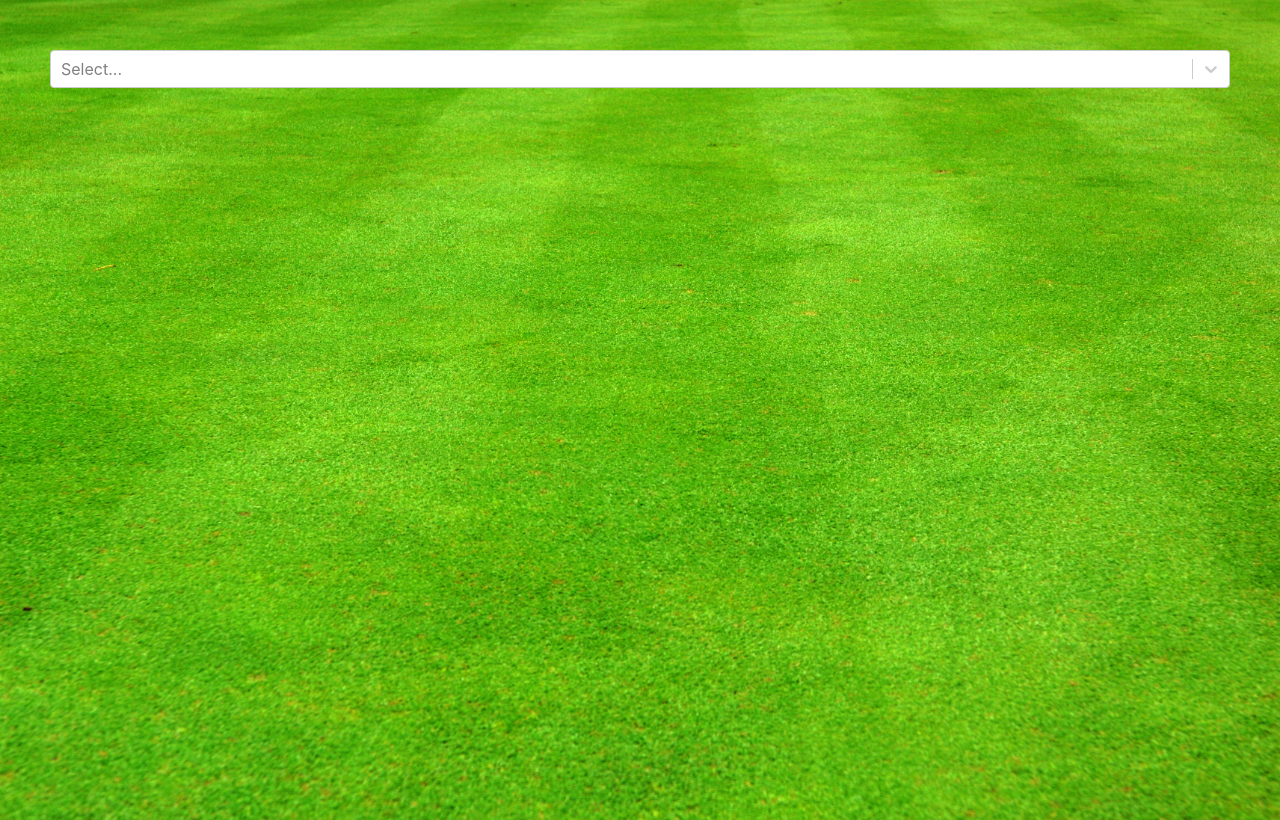
Repository: JorSargsyan/FootballApp
Page: /
These files come from the project's save history. The page is drawn as it stood at one moment and after the next save; the edit follows.
The browser window is 1280 px wide. The pictures show the whole page.
The page's requests for data from a server got no answer. The project was rebuilt for these pictures with package versions that can differ from the ones it lists, and the page was loaded fresh each time. No one was signed in, and anything a server would have sent is missing. Also part of the build but not shown: src/components/common/Table.js, src/components/TeamDetails/index.js.

Above is the page before, as saved 2019-07-13 18:00:51.

### public/index.html
<!DOCTYPE html>
<html lang="en">
  <head>
    <meta charset="utf-8" />
    <link rel="shortcut icon" href="%PUBLIC_URL%/favicon.ico" />
    <meta name="viewport" content="width=device-width, initial-scale=1" />
    <meta name="theme-color" content="#000000" />
    <!--
      manifest.json provides metadata used when your web app is installed on a
      user's mobile device or desktop. See https://developers.google.com/web/fundamentals/web-app-manifest/
    -->
    <link rel="manifest" href="%PUBLIC_URL%/manifest.json" />
    <link rel="stylesheet" href="https://fonts.googleapis.com/css?family=Roboto:300,400,500&display=swap" />
    <!--
      Notice the use of %PUBLIC_URL% in the tags above.
      It will be replaced with the URL of the `public` folder during the build.
      Only files inside the `public` folder can be referenced from the HTML.

      Unlike "/favicon.ico" or "favicon.ico", "%PUBLIC_URL%/favicon.ico" will
      work correctly both with client-side routing and a non-root public URL.
      Learn how to configure a non-root public URL by running `npm run build`.
    -->
    <title>React App</title>
  </head>
  <body>
    <noscript>You need to enable JavaScript to run this app.</noscript>
    <div id="root"></div>
    <!--
      This HTML file is a template.
      If you open it directly in the browser, you will see an empty page.

      You can add webfonts, meta tags, or analytics to this file.
      The build step will place the bundled scripts into the <body> tag.

      To begin the development, run `npm start` or `yarn start`.
      To create a production bundle, use `npm run build` or `yarn build`.
    -->
  </body>
</html>

### src/index.js
import React from 'react';
import ReactDOM from 'react-dom';
import './index.css';
import App from './App';
import { BrowserRouter } from 'react-router-dom';

ReactDOM.render(
<BrowserRouter>
        <App />
</BrowserRouter>,
 document.getElementById('root'));

### src/App.js
import React from 'react';
import './App.css';

import Container from "./components/Container"
import TeamDetails from "./components/TeamDetails"
import { Switch, Route } from 'react-router-dom'


const Main = () => (
  <main>
    <Switch>
      <Route exact path='/' component={Container}/>
      <Route path='/team/:id' component={TeamDetails}/>
    </Switch>
  </main>
)

function App() {
  return (
    <div className="App">

         <Main />
    </div>
  );
}

export default App;

### src/App.css

.App{
  padding: 50px;
  min-height: 100vh;
  background-attachment: fixed;
  background: url("assets/bg.jpg");
  background-repeat: no-repeat;
  background-size: cover;
}



.LeagueInfo{
  margin-top: 20px;
  box-shadow: 0 0 5px 2px #00000047;
  padding: 20px;
  background: #d5d5d5ad;
}

.LeagueInfo h2{
  font-size: 25px;
    color: #0a0a0ac2;
}

.LeagueInfo .img-area{
  display: flex;
  width: 300px;
  justify-content: space-between;
  align-items: center;
}

.LeagueInfo img{
  height: 60px;
  display: block;
}

.LeagueInfo img:nth-child(1){
  height: 35px;
}

.LeagueInfo img:nth-child(2){
  width: 100px;
  object-fit: contain;
  margin-left: 15px;
}

### src/components/Container/index.js
import React, { Component } from 'react'
import PropTypes from 'prop-types'
import Select from 'react-select';
import axios from 'axios';
import SimpleTable from "../common/Table"


const config = {
    headers: {
        "X-RapidAPI-Host": "api-football-v1.p.rapidapi.com",
        "X-RapidAPI-Key": "afc6347074msh5602bdc3ba130d0p170b44jsn6e420664b59f"
    }
}

export default class Container extends Component {

    static propTypes = {
        prop: PropTypes
    }

    state = {
        selectedOption: null,
        countries: [],
        league: [],
        standings:[],
    };

    handleChange = selectedOption => {
        this.setState({ selectedOption });
        axios.get(`https://api-football-v1.p.rapidapi.com/v2/leagues/country/${selectedOption.value}/${2018}`, config)
            .then(res => {
                let league = res.data.api.leagues[0];
                this.setState({ league });


                axios.get(`https://api-football-v1.p.rapidapi.com/v2/leagueTable/${league.league_id}`, config)
                .then(res => {
                    let standings = res.data.api.standings[0];
                    this.setState({ standings });
                })

            })
    };


    componentDidMount() {


        axios.get(`https://api-football-v1.p.rapidapi.com/v2/countries`, config)
            .then(res => {
                let countries = res.data.api.countries;
                countries = countries.map(i => { return { label: i.country, value: i.code } });
                this.setState({ countries });
            })
    }

    render() {
        const { selectedOption } = this.state;
        return (
            <div className="classes.root">
                <Select
                    value={selectedOption}
                    onChange={this.handleChange}
                    options={this.state.countries}
                />
                {this.state.standings.length > 0 &&
                <div className="LeagueInfo">
                    <h2>{this.state.league.country}</h2>
                    <div className='img-area'>
                        <img src={this.state.league.flag} />
                        <img src={this.state.league.logo} />
                    </div>
                    <SimpleTable
                    data={this.state.standings}
                    header={[
                        {name:"Rank",prop:"rank"},
                        {name:"Team Name",prop:"teamName"},
                        {name:"Points",prop:"points"},
                        {name:"Form",prop:"forme"},
                        {name:"Goals Difference",prop:"goalsDiff"},
                        {name:"Matches Played",prop:"matchPlayed"},
                        {name:"Win",prop:"Win"},
                        {name:"Draw",prop:"Draw"},
                        {name:"Lose",prop:"Lose"},
                        {name:"Status",prop:"status"}
                    ]}
                    ></SimpleTable>

                </div>
                 }
            </div>
        )
    }
}

Loaded but not shown: src/index.css (common file)

After the next save:
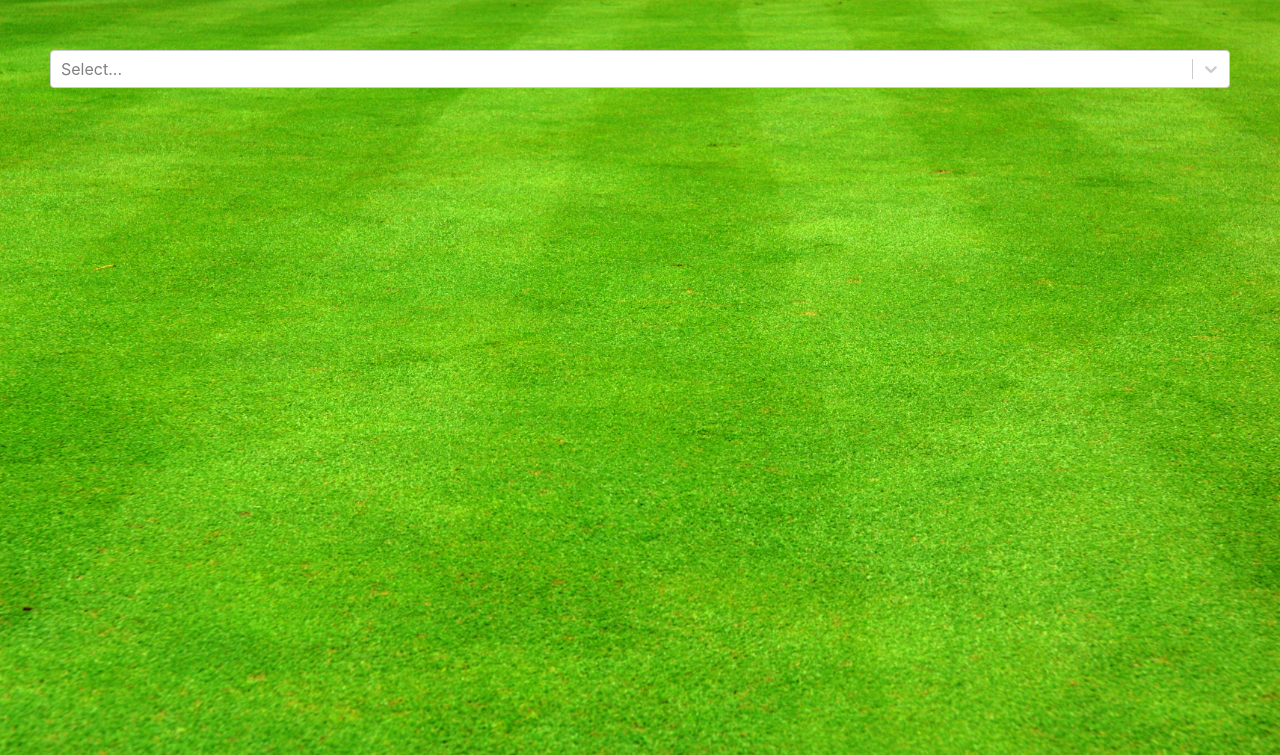
Saved 38 s later.
--- a/src/App.css
+++ b/src/App.css
@@ -1,7 +1,7 @@
 
 .App{
   padding: 50px;
-  min-height: 100vh;
+  min-height: 91vh;
   background-attachment: fixed;
   background: url("assets/bg.jpg");
   background-repeat: no-repeat;
